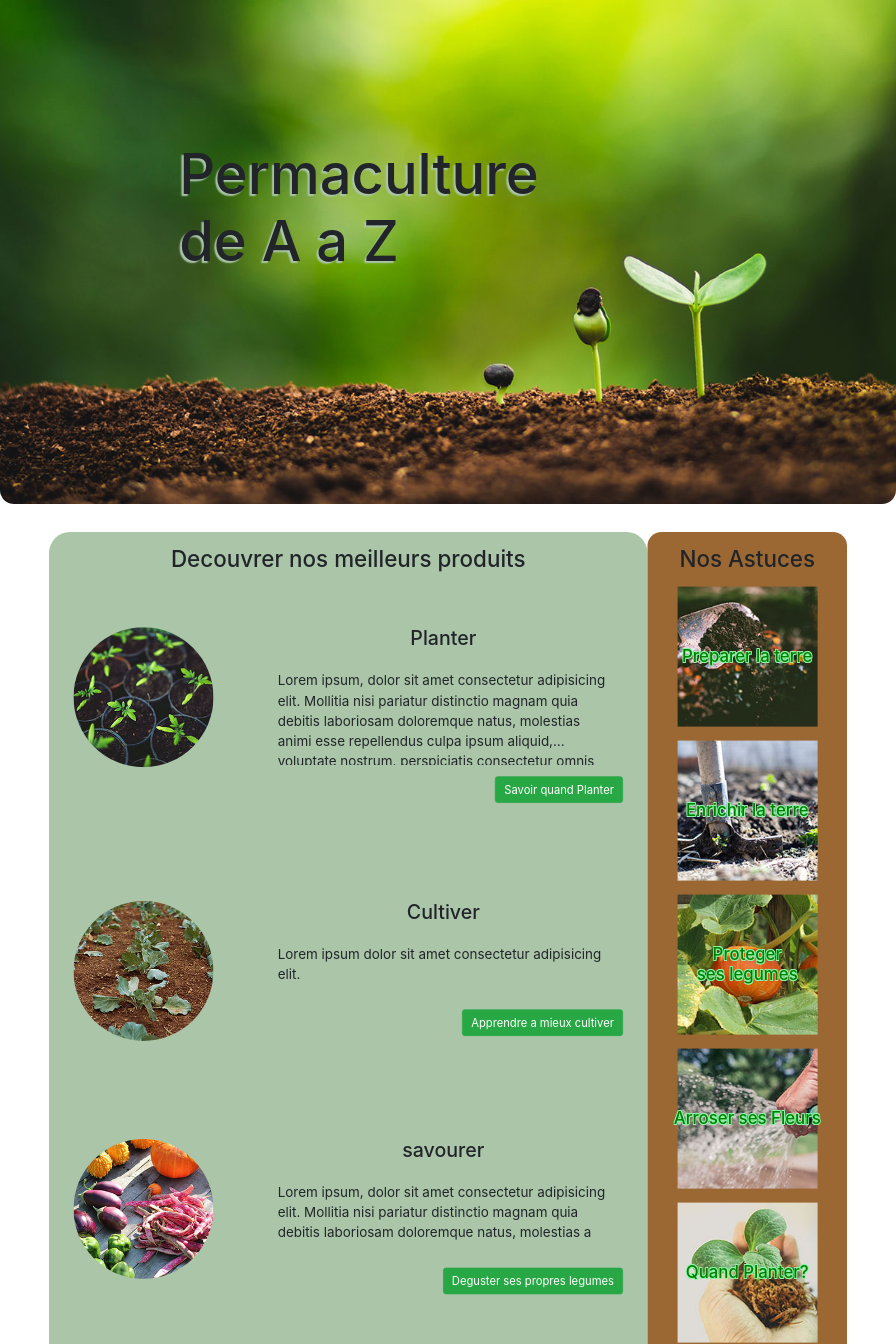
Repository: ahthionkevin/permaculture
Page: index.html
An editor plug-in stored every save of this project. The page is shown before and after the next save, followed by the edit.
The browser window is 1280 px wide. The pictures show the part of the page from y = 0 to 1920 px (the page is 2719 px tall), at 70% of full size.
Backgrounds fixed to the window are drawn as part of the page.

Above is the page before, as saved 2021-07-07 07:00:16.

After the next save:
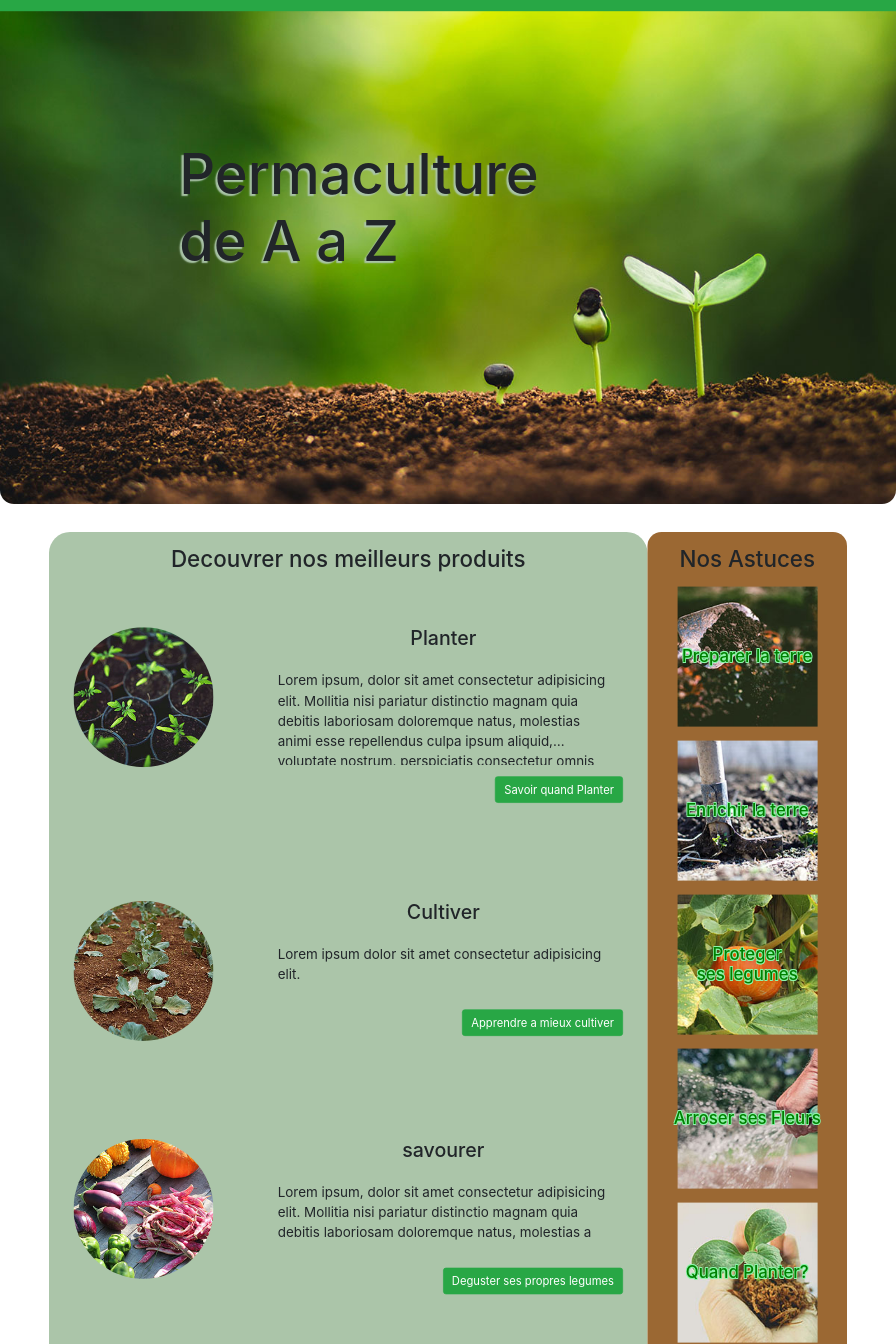
Saved 52 s later.
--- a/index.html
+++ b/index.html
@@ -10,7 +10,7 @@
 </head>
 <body>
     <header>
-        <nav class="nav-bar nav-bar-expand bg-success fixed-top">
+        <nav class="navbar navbar-expand-sm bg-success fixed-top">
 
         </nav>
         <h1>Permaculture <br>de A a Z</h1>
